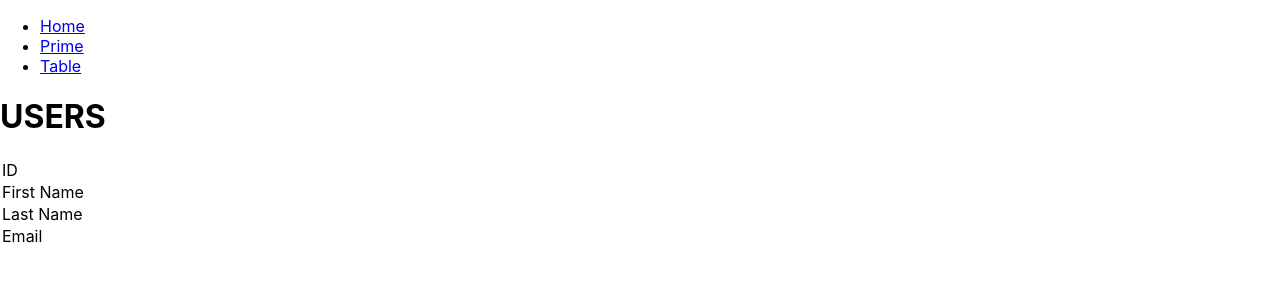
Repository: mandahos/prime-pop
Page: /table
The author's editor kept a copy of each file at every save. The page is drawn from the files as they stood at one save, then again after the next save.
The browser window is 1280 px wide. The pictures show the whole page.
The project was rebuilt for these pictures with package versions that can differ from the ones it lists, and the page was loaded fresh each time. Also part of the build but not shown: src/App.css, src/App.js, src/Pages/Home.js.

Above is the page before, as saved 2022-10-02 20:40:59.

After the next save:
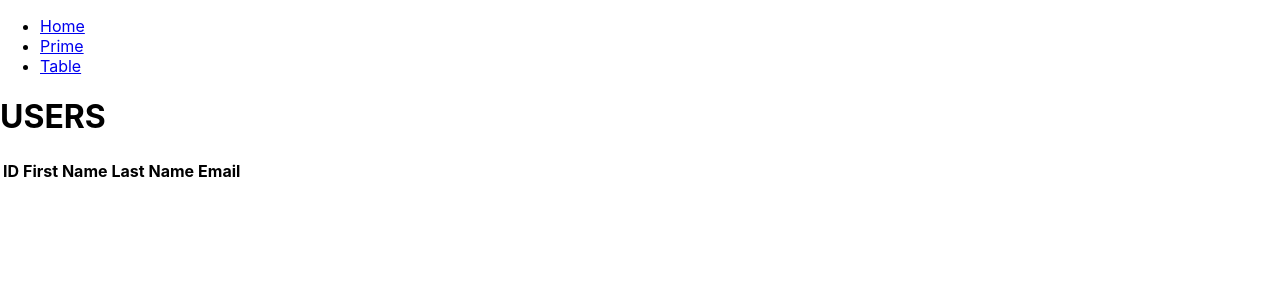
Saved 41 s later.
--- a/src/Pages/Table.js
+++ b/src/Pages/Table.js
@@ -7,10 +7,12 @@ function Table(){
         <h1> USERS </h1>
         <table>
             <thead>
-               <tr>ID</tr>
-               <tr>First Name</tr>
-               <tr>Last Name</tr>
-               <tr>Email</tr>
+                <tr>
+               <th>ID</th>
+               <th>First Name</th>
+               <th>Last Name</th>
+               <th>Email</th>
+               </tr>
             </thead>
         </table>
         </div>
